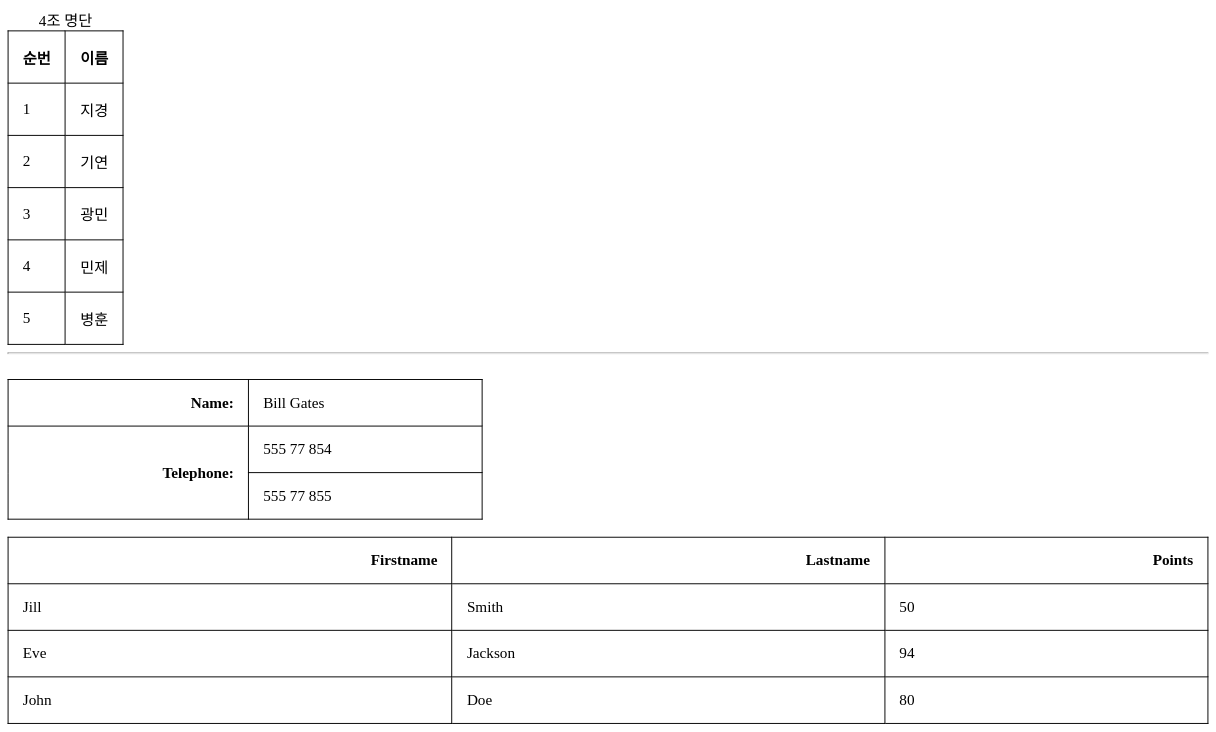
Repository: BaekJiGyeong/JSP
Page: http://localhost/AA_HelloJSP/exercise.jsp
The author's editor kept a copy of each file at every save. The page is drawn from the files as they stood at one save, then again after the next save.
The browser window is 1280 px wide. The pictures show the whole page, at 95% of full size.
The page is served by Tomcat 9.

Above is the page before, as saved 2016-02-02 10:51:20.

### AA_HelloJSP/WebContent/exercise.jsp
<%@ page language="java" contentType="text/html; charset=UTF-8"
	pageEncoding="UTF-8"%>

<%
	String[] names = new String[] { "지경", "기연", "광민", "민제", "병훈" };
%>

<!DOCTYPE html >
<html>
<head>
<style>
table, th, td {
	border: 1px solid black;
	border-collapse: collapse;
}

th, td {
	padding: 15px;
}
th {
    text-align: right;
}
table {
	border-spacing: 15px;
}
</style>
<meta http-equiv="Content-Type" content="text/html; charset=UTF-8">
<title>지경이 JSP연습</title>

</head>
<body>

	<table>
		<caption>4조 명단</caption>
		<tr>
			<th>순번</th>
			<th>이름</th>
		</tr>
		<%
			for (int i = 0; i < 5; i++) {
		%>
		<tr>
			<td><%=i + 1%></td>
			<td><%=names[i]%></td>
		</tr>
		<%
			}
		%>

	</table>

	<hr />
	<br />
	<table style="width: 500px">
		<tr>
			<th>Name:</th>
			<td>Bill Gates</td>
		</tr>
		<tr>
			<th rowspan="2">Telephone:</th>
			<td>555 77 854</td>
		</tr>
		<tr>
			<td>555 77 855</td>
		</tr>
	</table>
	<br />
	<table style="width: 100%">
		<tr>
			<th>Firstname</th>
			<th>Lastname</th>
			<th>Points</th>
		</tr>
		<tr>
			<td>Jill</td>
			<td>Smith</td>
			<td>50</td>
		</tr>
		<tr>
			<td>Eve</td>
			<td>Jackson</td>
			<td>94</td>
		</tr>
		<tr>
			<td>John</td>
			<td>Doe</td>
			<td>80</td>
		</tr>
	</table>




</body>
</html>

After the next save:
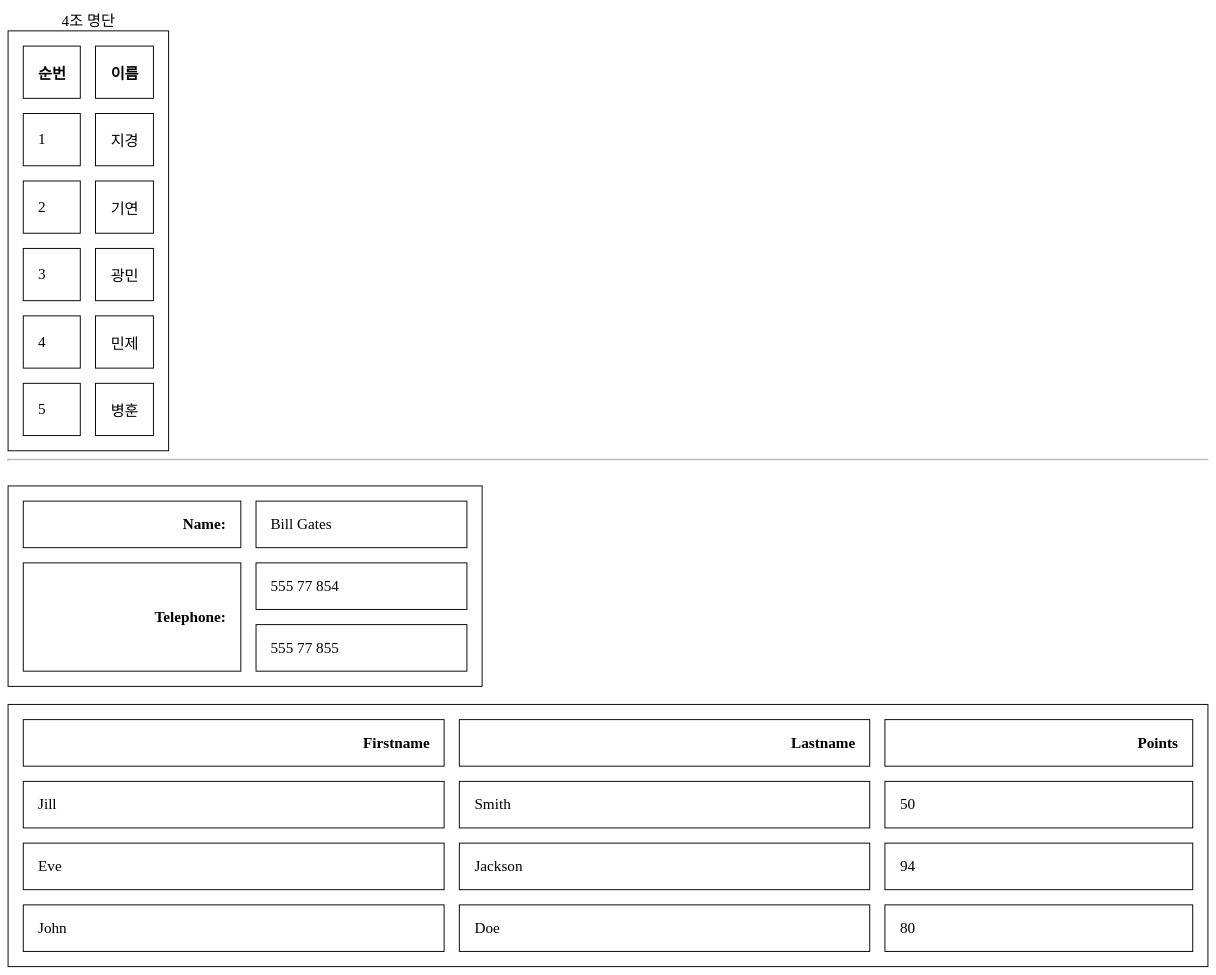
Saved 22 s later.
--- a/AA_HelloJSP/WebContent/exercise.jsp
+++ b/AA_HelloJSP/WebContent/exercise.jsp
@@ -11,7 +11,7 @@
 <style>
 table, th, td {
 	border: 1px solid black;
-	border-collapse: collapse;
+
 }
 
 th, td {
